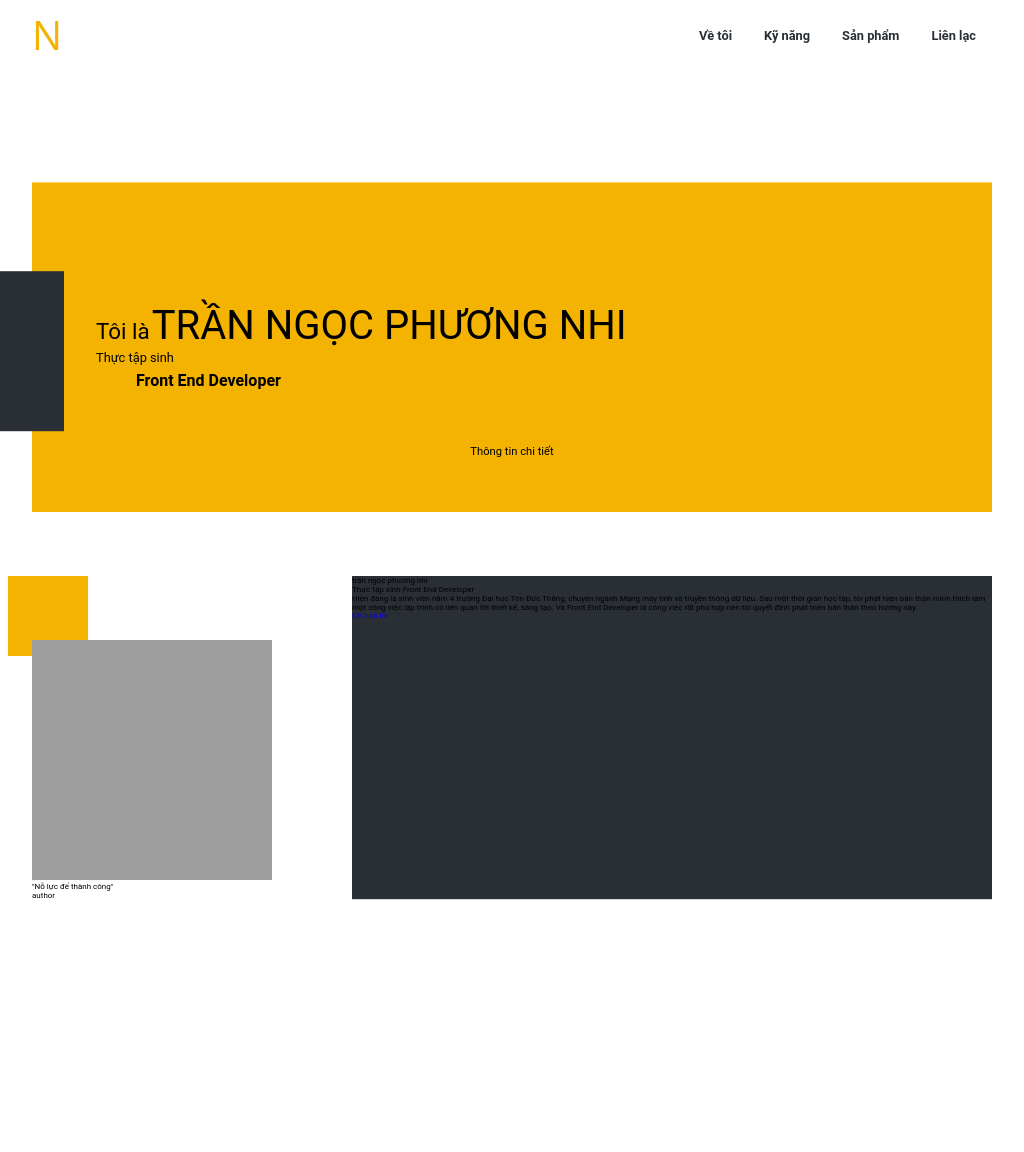
Repository: TranNgocPhuongNhi/my-portfolio
Page: index.html
These files come from the project's save history. The page is drawn as it stood at one moment and after a run of saves; the edit follows.
The browser window is 1280 px wide. The pictures show the whole page, at 80% of full size.
Pictures or frames that could not be fetched are drawn as grey boxes. Some icons come from a web library that is not loaded, so they are not drawn. Some web libraries are served in a nearby version.

Above is the page before, as saved 2021-07-04 16:01:53.

After the next 2 saves:
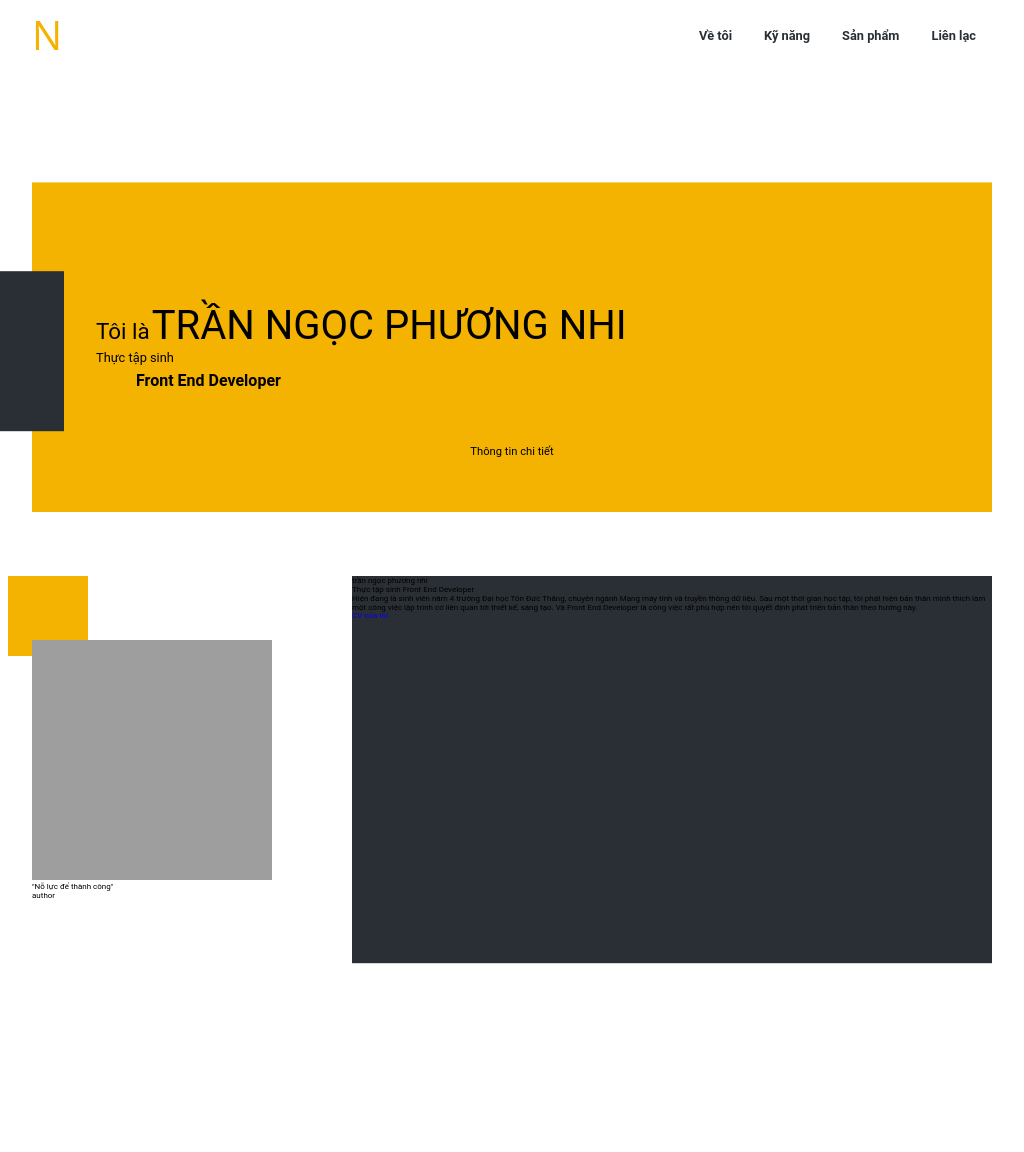
The 2 saves are shown as one change because they came seconds apart.
The last was saved 29 s later.
--- a/resources/css/main.css
+++ b/resources/css/main.css
@@ -163,7 +163,7 @@ a {
 }
 
 .about__avatar {
-    margin-top: 8rem;
+    margin: 8rem 0;
 }
 
 .about__avatar img {
